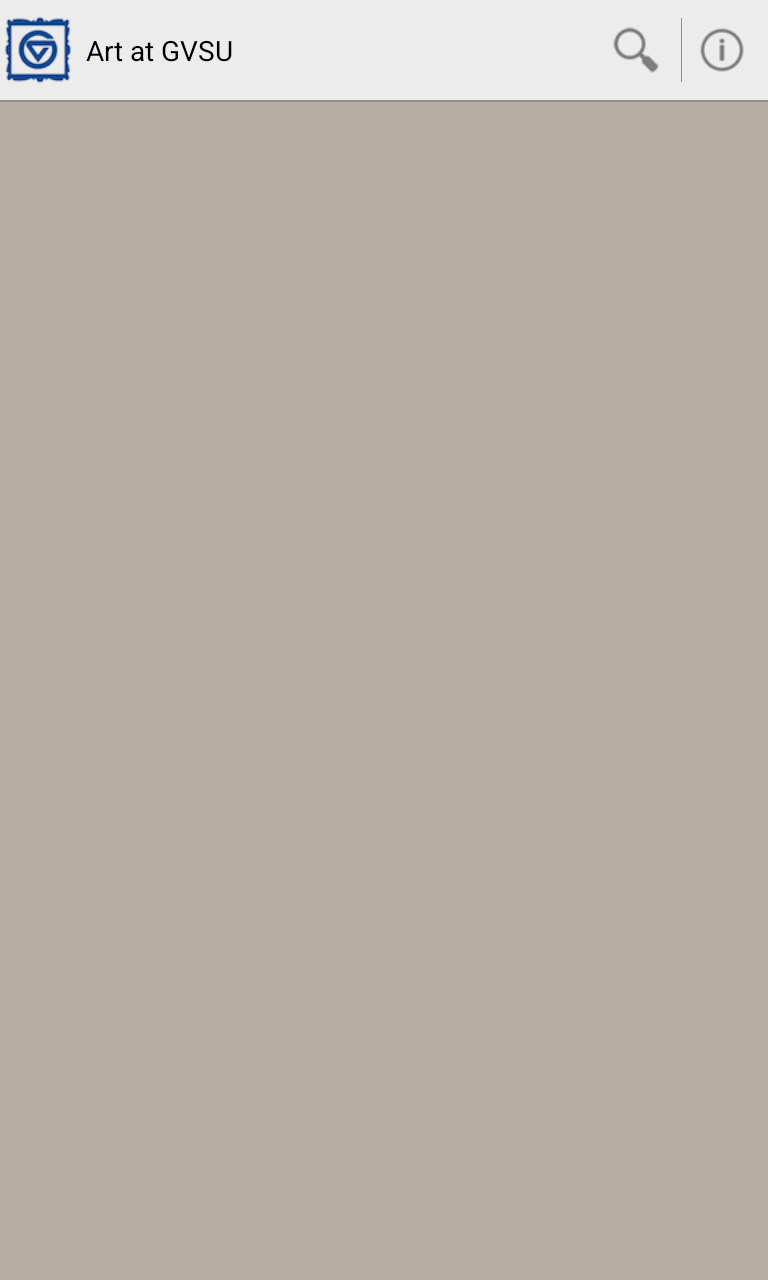
Repository: markminuth/Art-at-GVSU-Android-edition
Layout: version1.1/res/layout/main.xml
These files come from the project's save history. The layout is drawn as it stood at one moment and after the next save; the edit follows.
It is drawn on a 768 x 1280 px phone screen (xhdpi) without system bars, with theme android:Theme.NoTitleBar; the app's code is not run.

Above is the layout before, as saved 2012-04-15 20:52:24.

### version1.1/res/layout/main.xml
<?xml version="1.0" encoding="utf-8"?>
<LinearLayout xmlns:android="http://schemas.android.com/apk/res/android"
    android:layout_width="fill_parent"
    android:layout_height="fill_parent"
    android:background="#B7AFA3"
    android:orientation="vertical" >

    <TabHost
        xmlns:android="http://schemas.android.com/apk/res/android"
        android:id="@android:id/tabhost"
        android:layout_width="fill_parent"
        android:layout_height="fill_parent"
        android:background="#000000" >

        <LinearLayout
            android:layout_width="fill_parent"
            android:layout_height="fill_parent"
            android:background="#FFFFFF"
            android:orientation="vertical">


            <RelativeLayout
                android:id="@+id/relativeLayout1"
                android:layout_width="match_parent"
                android:layout_height="50dp"
                android:background="#ECECEC" >

                <ImageButton
                    android:id="@+id/aboutIcon"
                    android:layout_width="wrap_content"
                    android:layout_height="wrap_content"
                    android:layout_alignParentRight="true"
                    android:layout_centerVertical="true"
                    android:layout_marginRight="7dp"
                    android:background="#ECECEC"
                    android:src="@drawable/about_icon" />

                <ImageButton
                    android:id="@+id/searchIcon"
                    android:layout_width="wrap_content"
                    android:layout_height="wrap_content"
                    android:layout_alignParentRight="true"
                    android:layout_centerVertical="true"
                    android:layout_marginRight="50dp"
                    android:background="#ECECEC"
                    android:src="@drawable/search" />

                <ImageView
                    android:id="@+id/imageView2"
                    android:layout_width="wrap_content"
                    android:layout_height="wrap_content"
                    android:layout_centerVertical="true"
                    android:src="@drawable/app_icon_transparent" />

                <ImageView
                    android:id="@+id/dividerimg"
                    android:layout_width="wrap_content"
                    android:layout_height="32dp"
                    android:layout_alignParentRight="true"
                    android:layout_marginRight="43dp"
                    android:layout_centerVertical="true"
                    android:src="@drawable/divider" />

                <TextView
                    android:id="@+id/textView1"
                    android:layout_width="wrap_content"
                    android:layout_height="wrap_content"
                    android:layout_centerVertical="true"
                    android:layout_marginLeft="5dp"
                    android:layout_toRightOf="@+id/imageView2"
                    android:text="@string/titleText"
                    android:textAppearance="?android:attr/textAppearanceMedium"
                    android:textColor="#000000"
                    android:textSize="14dp" />

            </RelativeLayout>

            <FrameLayout
                android:id="@+id/divider"
                android:layout_width="match_parent"
                android:layout_height="0.2dp"
                android:background="#909090">
            </FrameLayout>

            <TabWidget
                android:id="@android:id/tabs"
                android:layout_width="fill_parent"
                android:layout_height="wrap_content"
                android:background="#FFFFFF" />

            <FrameLayout
                android:id="@+id/divider2"
                android:layout_width="match_parent"
                android:layout_height="0.2dp"
                android:background="#909090" >
            </FrameLayout>

            <FrameLayout
                android:id="@android:id/tabcontent"
                android:layout_width="fill_parent"
                android:layout_height="fill_parent"
                android:background="#B7AFA3" >
            </FrameLayout>
        </LinearLayout>
    </TabHost>

</LinearLayout>

### version1.1/res/values/strings.xml
<?xml version="1.0" encoding="utf-8"?>
<resources>

    <string name="hello">Hello World, MenuLayoutActivity!</string>
    <string name="app_name">Version1.0</string>
    <string name="titleText">Art at GVSU</string>
    <string name="aboutDetails">\"Art at GVSU\" is a collaborative project between the Grand Valley State University\'s Art Gallery, School
        of Computing and the open-source collection management project Collective Access.\n \nThe mission of the Grand Valley State University Art Gallery is to encourage appreciation and
        understanding of art and its role in society through direct engagement with original works of art. The Art Gallery acquires, preserves, interprets, exhibits, and otherwise makes accessible
        works of art for the benefit of a variety of audiences, in support of the interdisciplinary educational goals of the University and for the benefit of the community at large.</string>

</resources>

After the next save:
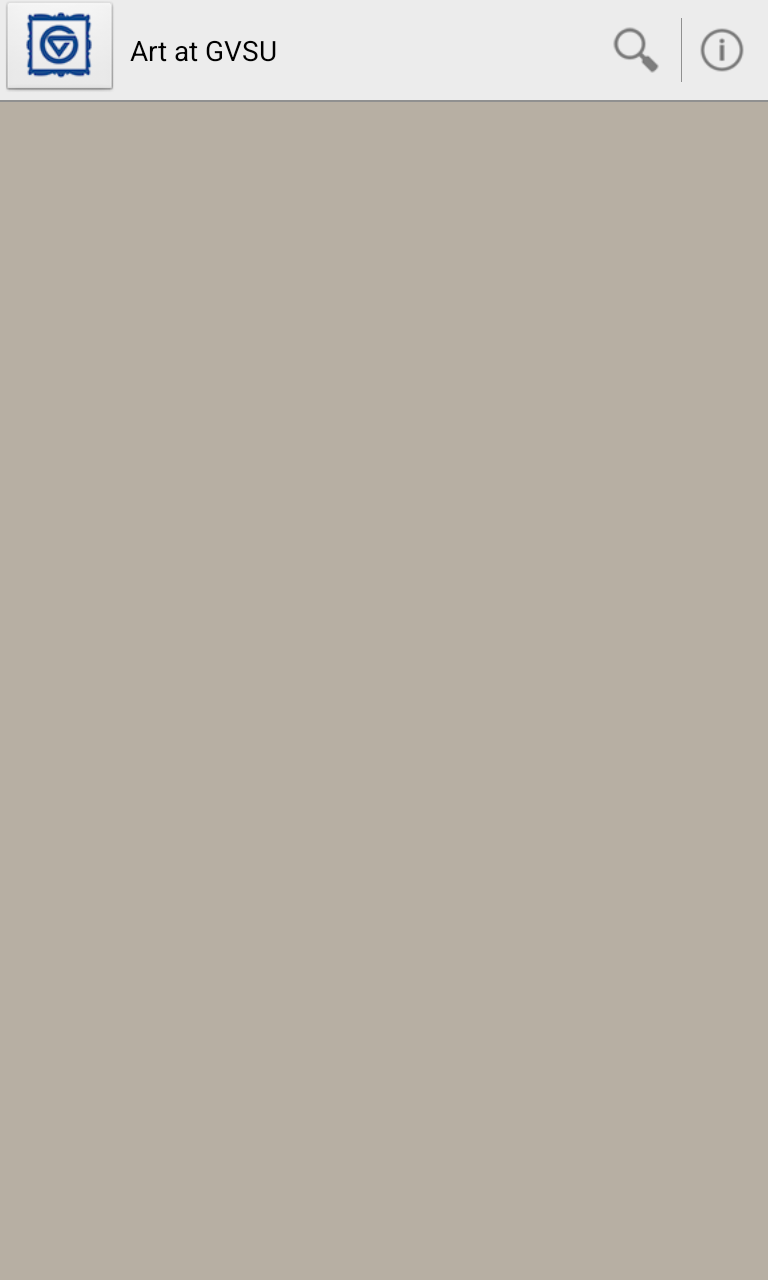
Saved 62 s later.
--- a/version1.1/res/layout/main.xml
+++ b/version1.1/res/layout/main.xml
@@ -45,7 +45,7 @@
                     android:background="#ECECEC"
                     android:src="@drawable/search" />
 
-                <ImageView
+                <ImageButton
                     android:id="@+id/imageView2"
                     android:layout_width="wrap_content"
                     android:layout_height="wrap_content"

After the save that followed:
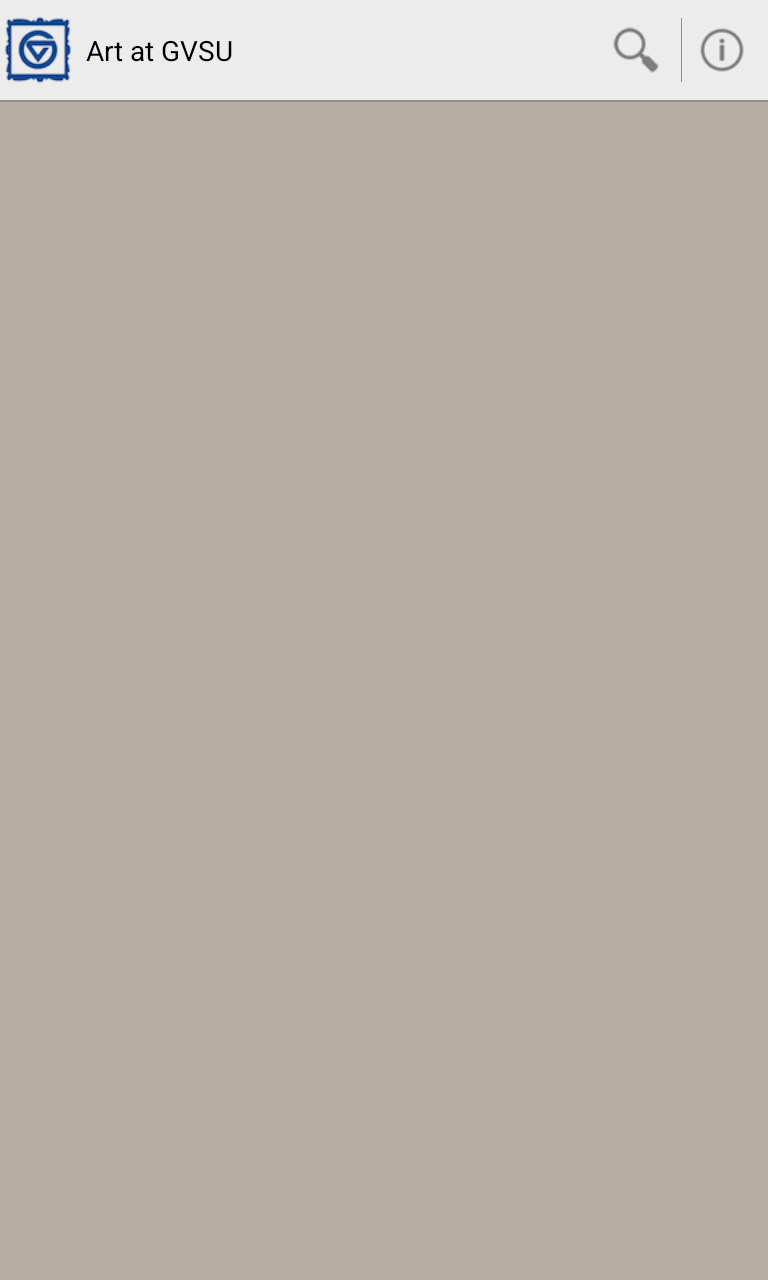
Saved 17 s later.
--- a/version1.1/res/layout/main.xml
+++ b/version1.1/res/layout/main.xml
@@ -50,6 +50,7 @@
                     android:layout_width="wrap_content"
                     android:layout_height="wrap_content"
                     android:layout_centerVertical="true"
+                    android:background="#ECECEC"
                     android:src="@drawable/app_icon_transparent" />
 
                 <ImageView
